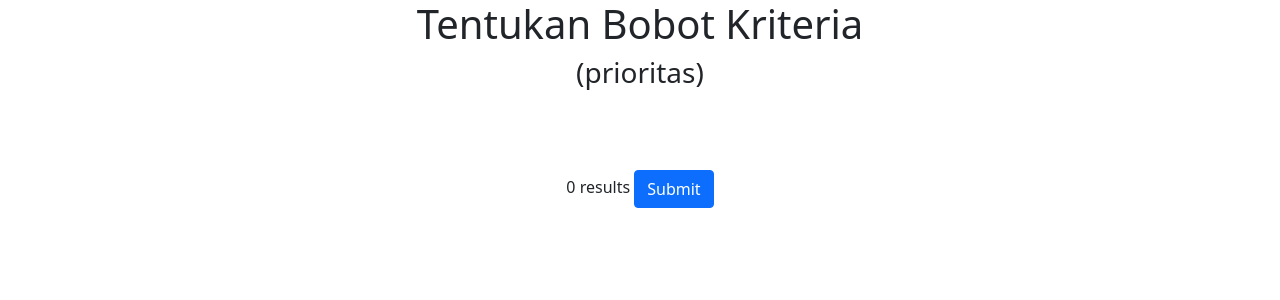
Repository: aqordeon/SPKWP
Page: http://localhost/hitungKriteria.php
An editor plug-in stored every save of this project. The page is shown before and after the next save, followed by the edit.
The browser window is 1280 px wide. The pictures show the whole page.
The page is run by PHP 8.4 with error messages shown; the project is at /var/www/html/. Queries for data that is not in the repository find no rows.

Above is the page before, as saved 2021-01-01 22:28:53.

After the next save:
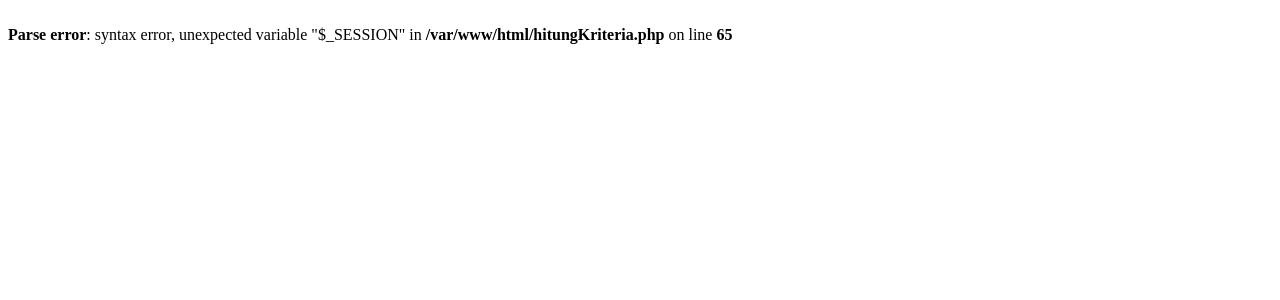
Saved 58 s later.
--- a/hitungKriteria.php
+++ b/hitungKriteria.php
@@ -61,6 +61,7 @@
             if ($baristabelkriteria > 0) {
                 while($nilaikriteria = mysqli_fetch_assoc($tabelkriteria)) {
                     $nilaikriteria["id"] = "optradio".$row["id"];
+                    $haha = "fdjasfjdsafhdsa"
                     $_SESSION["radio".$row["id"]] = $nilaikriteria["id"];
                 }
             } else {
